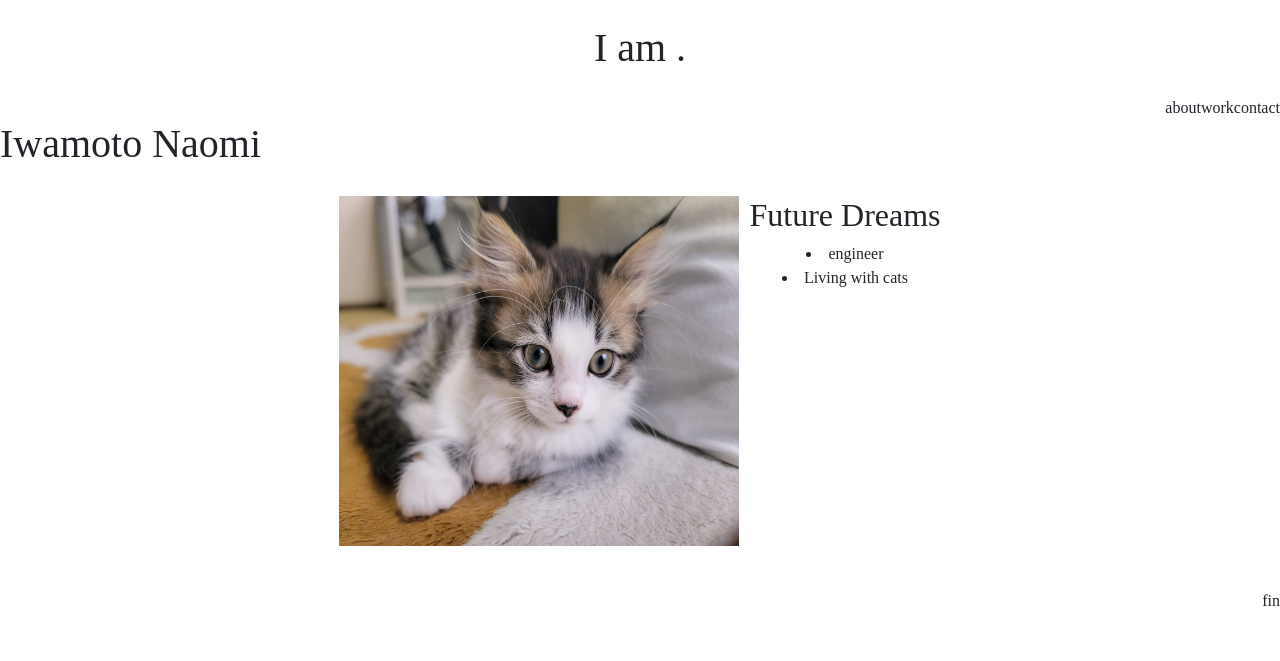
Repository: 7oooomi/portfolio-vercel-
Page: / (app in sample-app/)
These files come from the project's save history. The page is drawn as it stood at one moment and after the next save; the edit follows.
The browser window is 1280 px wide. The pictures show the whole page.
The project was rebuilt for these pictures with package versions that can differ from the ones it lists, and the page was loaded fresh each time. The framework's server and built-in components were replaced by stand-ins that run in the browser. Also part of the build but not shown: sample-app/next.config.js.

Above is the page before, as saved 2022-08-07 18:19:55.

After the next save:
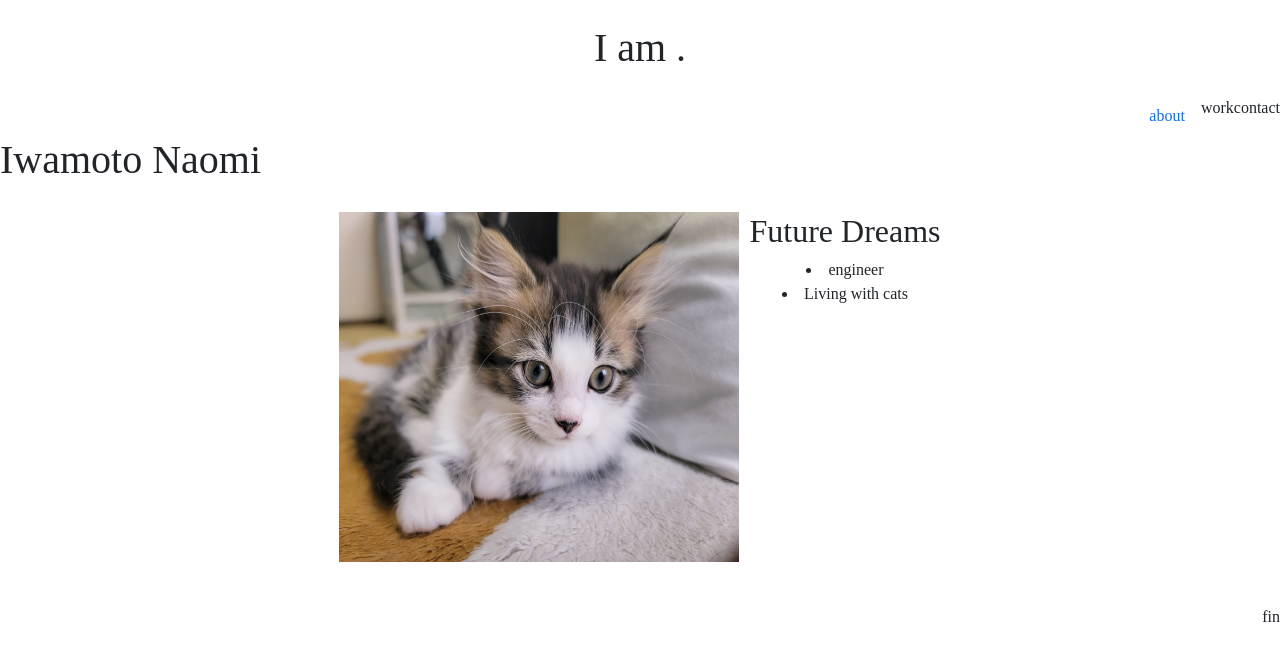
Saved 108 min 15 s later.
--- a/sample-app/pages/components/Header.js
+++ b/sample-app/pages/components/Header.js
@@ -18,9 +18,9 @@ export default function Home() {
         </h1>
         <Nav className="justify-content-end">
           <Nav.Item>
-            <Link href='/about'>
+            <Nav.Link href='/about'>
               <a>about</a>
-            </Link>
+            </Nav.Link>
           </Nav.Item>
           <Nav.Item>
             <Link href='/work'>
